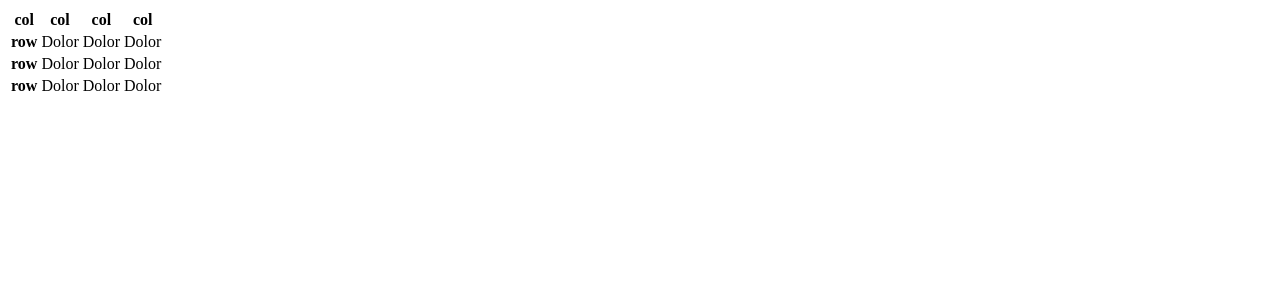
Repository: homerking-092/project
Page: http://localhost/MovieProject/review/review_list.jsp
The author's editor kept a copy of each file at every save. The page is drawn from the files as they stood at one save, then again after the next save.
The browser window is 1280 px wide. The pictures show the whole page.
The page is served by Tomcat 9. Other server files are loaded and not shown.

Above is the page before, as saved 2021-08-15 08:38:03.

### MovieProject/WebContent/review/review_list.jsp
<%@ page language="java" contentType="text/html; charset=EUC-KR"
    pageEncoding="EUC-KR"%>
<!DOCTYPE html>
<html>
<head>
<meta charset="EUC-KR">
<title>Insert title here</title>
</head>
<body>
	<table>

        <tr>
          <th>col</th>
          <th>col</th>
          <th>col</th>
          <th>col</th>
        </tr>


        <tr>
          <th>row</th>
          <td>Dolor</td>
          <td>Dolor</td>
          <td>Dolor</td>
        </tr>
        <tr>
          <th>row</th>
          <td>Dolor</td>
          <td>Dolor</td>
          <td>Dolor</td>
        </tr>
        <tr>
          <th>row</th>
          <td>Dolor</td>
          <td>Dolor</td>
          <td>Dolor</td>
        </tr>

    </table>
</body>
</html>

After the next save:
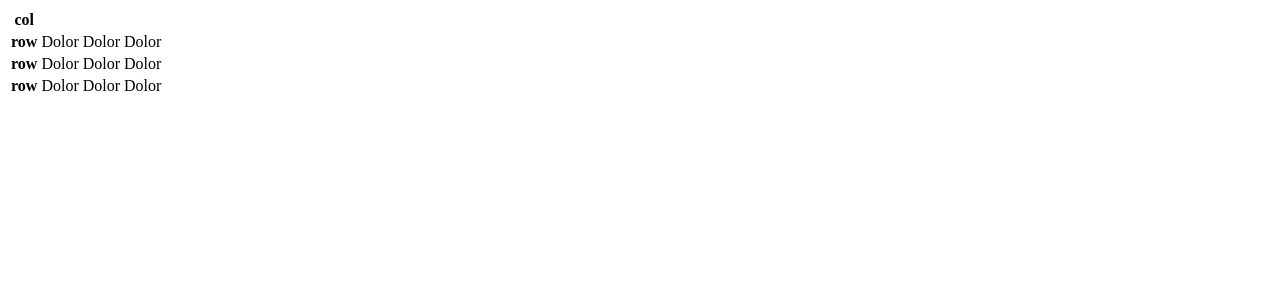
Saved 34 s later.
--- a/MovieProject/WebContent/review/review_list.jsp
+++ b/MovieProject/WebContent/review/review_list.jsp
@@ -10,9 +10,6 @@
 	<table>
 
         <tr>
-          <th>col</th>
-          <th>col</th>
-          <th>col</th>
           <th>col</th>
         </tr>
 
